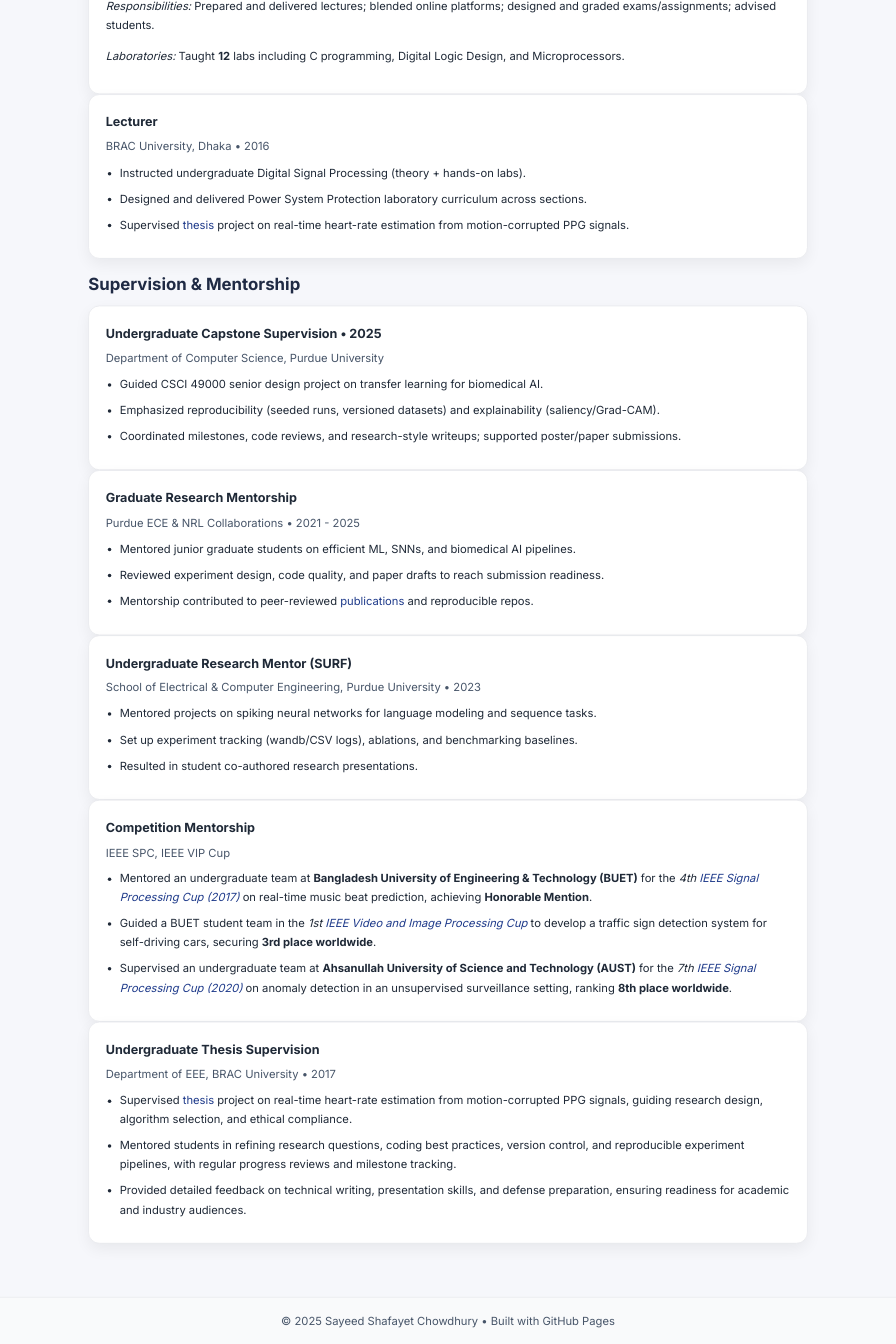
Repository: SayeedChowdhury/SayeedChowdhury.github.io
Page: teaching.html
The author's editor kept a copy of each file at every save. The page is drawn from the files as they stood at one save, then again after the next save.
The browser window is 1280 px wide. The pictures show the part of the page from y = 1032 to 2952 px (the page is 2952 px tall), at 70% of full size.

Above is the page before, as saved 2025-08-13 14:08:00.

### teaching.html
<!doctype html>
<html lang="en">
<head>
  <meta charset="utf-8">
  <meta name="viewport" content="width=device-width, initial-scale=1">
  <title>Teaching & Mentorship • Sayeed S. Chowdhury</title>
  <link rel="preconnect" href="https://fonts.googleapis.com">
  <link rel="preconnect" href="https://fonts.gstatic.com" crossorigin>
  <link href="https://fonts.googleapis.com/css2?family=Inter:wght@400;600;700&display=swap" rel="stylesheet">
  <link rel="stylesheet" href="assets/style.css">
</head>
<body>
<div class="nav">
  <div class="inner container">
    <div class="brand"><span class="dot"></span> <a href="index.html" style="text-decoration:none;color:inherit;">Sayeed S. Chowdhury</a></div>
    <div style="margin-left:auto; display:flex; gap:6px; flex-wrap:wrap">
      <a href="index.html" class="">Home</a>
      <a href="edu-exp.html" class="">Education & Experience</a>
      <a href="teaching.html" class="active">Teaching & Mentorship</a>
      <!-- <a href="research.html" class="">Research</a> -->
      <a href="publications.html" class="">Publications</a>
      <a href="awards.html" class="">Grants and Awards</a>
      <a href="contact.html" class="">Contact</a>
    </div>
  </div>
</div>
<div class="container">

  <section class="section">
    <h2>Teaching Philosophy</h2>
    <div class="card">
      <p style="margin:0">
        I create an inclusive, student-centered classroom that blends Socratic questioning with project-based learning.
        My goals are to build strong fundamentals, develop students’ ability to reason from first principles, and connect
        theory to practice through open-ended labs and reproducible coding assignments.
      </p>
    </div>

    <h2>Teaching Experience</h2>

    <!-- Purdue — Visiting Assistant Professor -->
    <div class="card">
      <h3>Visiting Assistant Professor</h3>
      <div class="lead">Department of Computer Science, Purdue University • Aug&nbsp;2025 – Present</div>
      <ul class="list">
        <li>Designed and taught upper-undergraduate <strong>CSCI 490: AI for IoT</strong> as Instructor of Record.</li>
        <li>Guest-lectured in <strong>CSCI 487: Artificial Intelligence</strong> (modern ML + neuromorphic topics).</li>
        <li>Supervising an undergraduate <strong>capstone</strong> on transfer learning for biomedical AI.</li>
      </ul>
    </div>

    <!-- AUST -->
    <div class="card">
      <h3>Lecturer</h3>
      <div class="lead">Ahsanullah University of Science &amp; Technology (AUST), Dhaka • 2018</div>
      <ul class="list">
        <li>Taught <strong>C++</strong> and <strong>MATLAB</strong> programming in large classrooms.</li>
        <li>Instructor of record for <strong>VLSI (theory &amp; lab)</strong>; contributed to curriculum and lab manual.</li>
      </ul>
    </div>

    <!-- BUET -->
    <div class="card">
      <h3>Lecturer</h3>
      <div class="lead">Bangladesh University of Engineering &amp; Technology (BUET), Dhaka • 2016–2017</div>
      <p><em>Courses (theory):</em> Signals &amp; Systems (EEE 301); Electrical DC &amp; AC Circuits (EEE 101/105);
        Measurement &amp; Instrumentation (EEE 407); Digital Signal Processing (EEE 307);
        Microprocessor &amp; Interfacing (EEE 315).</p>
      <p><em>Responsibilities:</em> Prepared and delivered lectures; blended online platforms; designed and graded
        exams/assignments; advised students.</p>
      <p><em>Laboratories:</em> Taught <strong>12</strong> labs including C programming, Digital Logic Design, and Microprocessors.</p>
    </div>

    <!-- BRAC University -->
    <div class="card">
      <h3>Lecturer</h3>
      <div class="lead">BRAC University, Dhaka • 2016</div>
      <ul class="list">
        <li>Instructed undergraduate Digital Signal Processing (theory + hands-on labs).</li>
        <li>Designed and delivered Power System Protection laboratory curriculum across sections.</li>
        <li>Supervised <a href="https://dspace.bracu.ac.bd/xmlui/handle/10361/8610?show=full" target="_blank" rel="noopener">thesis</a> project on real-time heart-rate estimation from motion-corrupted PPG signals.</li>
      </ul>
    </div>

    <h2>Supervision &amp; Mentorship</h2>

    <!-- Undergraduate Capstone -->
    <div class="card">
      <h3>Undergraduate Capstone Supervision • 2025</h3>
      <div class="lead">Department of Computer Science, Purdue University</div>
      <ul class="list">
        <li>Guided CSCI 49000 senior design project on transfer learning for biomedical AI.</li>
        <li>Emphasized reproducibility (seeded runs, versioned datasets) and explainability (saliency/Grad-CAM).</li>
        <li>Coordinated milestones, code reviews, and research-style writeups; supported poster/paper submissions.</li>
      </ul>
    </div>

    <!-- Graduate Mentorship -->
    <div class="card">
      <h3>Graduate Research Mentorship</h3>
      <div class="lead">Purdue ECE &amp; NRL Collaborations • 2021 - 2025</div>
      <ul class="list">
        <li>Mentored junior graduate students on efficient ML, SNNs, and biomedical AI pipelines.</li>
        <li>Reviewed experiment design, code quality, and paper drafts to reach submission readiness.</li>
        <li>Mentorship contributed to peer-reviewed <a href=" https://ieeexplore.ieee.org/abstract/document/11078244" target="_blank" rel="noopener">publications</a> and reproducible repos.</li>
      </ul>
    </div>

    <!-- SURF Projects -->
    <div class="card">
      <h3>Undergraduate Research Mentor (SURF)</h3>
      <div class="lead">School of Electrical &amp; Computer Engineering, Purdue University • 2023</div>
      <ul class="list">
        <li>Mentored projects on spiking neural networks for language modeling and sequence tasks.</li>
        <li>Set up experiment tracking (wandb/CSV logs), ablations, and benchmarking baselines.</li>
        <li>Resulted in student co-authored research presentations.</li>
      </ul>
    </div>


    <!-- Competitions -->
    <div class="card">
      <h3>Competition Mentorship</h3>
      <div class="lead">IEEE SPC, IEEE VIP Cup</div>
      <ul class="list">
        <li>
          Mentored an undergraduate team at <strong>Bangladesh University of Engineering &amp; Technology (BUET)</strong>
          for the <em>4th <a href="https://ieeexplore.ieee.org/document/7974869" target="_blank" rel="noopener">IEEE Signal Processing Cup (2017)</a> </em> on real-time music beat prediction, achieving
          <strong>Honorable Mention</strong>.
        </li>
        <li>
          Guided a BUET student team in the <em>1st <a href="https://ieeexplore.ieee.org/stamp/stamp.jsp?arnumber=8310690" target="_blank" rel="noopener">IEEE Video and Image Processing Cup</a> </em> to develop a traffic
          sign detection system for self-driving cars, securing <strong>3rd place worldwide</strong>.
        </li>
        <li>
          Supervised an undergraduate team at <strong>Ahsanullah University of Science and Technology (AUST)</strong>
          for the <em>7th <a href="https://arxiv.org/pdf/2007.10812" target="_blank" rel="noopener">IEEE Signal Processing Cup (2020)</a> </em> on anomaly detection in an unsupervised surveillance
          setting, ranking <strong>8th place worldwide</strong>.
        </li>
      </ul>
    </div>


      <!-- Undergraduate Capstone -->
    <div class="card">
      <h3>Undergraduate Thesis Supervision </h3>
      <div class="lead">Department of EEE, BRAC University • 2017</div>
      <ul class="list">
        <li>Supervised <a href="https://dspace.bracu.ac.bd/xmlui/handle/10361/8610?show=full" target="_blank" rel="noopener">thesis</a> project on real-time heart-rate estimation from motion-corrupted PPG signals, guiding research design, algorithm selection, and ethical compliance.</li>
        <li>Mentored students in refining research questions, coding best practices, version control, and reproducible experiment pipelines, with regular progress reviews and milestone tracking.</li>
        <li>Provided detailed feedback on technical writing, presentation skills, and defense preparation, ensuring readiness for academic and industry audiences.</li>
        </ul>
    </div>
</div>

  </section>

</div>
<div class="footer">© 2025 Sayeed Shafayet Chowdhury • Built with GitHub Pages</div>
</body>
</html>

### assets/style.css
/* ================================
   Sayeed S. Chowdhury — style.css
   Mild light theme (no top halo)
   ================================ */

   :root{
    --bg:#f6f7fb;          /* mild light (not white) */
    --panel:#ffffff;       /* card surface */
    --panel-2:#f1f5fb;     /* subtle secondary surface */
    --ink:#1f2937;         /* main text (slate-800) */
    --muted:#475569;       /* secondary text (slate-600) */
    --navy:#1e3a8a;        /* accent for nav/links (blue-900) */
    --gold:#b58500;        /* optional accent */
    --border:#e5e7eb;      /* card/nav borders */
    --shadow:0 8px 22px rgba(0,0,0,.06);
    --radius:16px;
  }

  /* Base */
  *{ box-sizing:border-box }
  html,body{ height:100% }
  body{
    margin:0;
    color:var(--ink);
    background:var(--bg); /* removed radial gradients/halo */
    font:16px/1.7 "Inter", system-ui, -apple-system, Segoe UI, Roboto, Helvetica, Arial;
    -webkit-font-smoothing:antialiased;
    text-rendering:optimizeLegibility;
  }

  .container{ max-width:1100px; margin:0 auto; padding:24px }

  /* Top Nav */
  .nav{
    position:sticky; top:0; z-index:10;
    background:#f9fafb;                      /* solid so it’s visible */
    backdrop-filter:saturate(140%) blur(6px);
    border-bottom:1px solid var(--border);
    box-shadow:0 6px 14px rgba(0,0,0,.04);
  }
  .nav .inner{ display:flex; align-items:center; gap:16px; padding:12px 24px; }
  .nav .brand{ display:flex; align-items:center; gap:10px; font-weight:700; color:var(--ink) }
  .nav .brand .dot{ width:10px; height:10px; border-radius:50%; background:linear-gradient(45deg,#2563eb,#60a5fa); box-shadow:0 0 8px rgba(37,99,235,.5) }
  .nav a{
    color:#334155;                            /* slate-700: readable */
    text-decoration:none;
    padding:8px 12px;
    border-radius:10px;
  }
  .nav a:hover{
    color:var(--navy);
    background:#e6edf7;                       /* gentle hover pill */
  }
  .nav a.active{
    color:var(--navy);
    background:#dbeafe;                       /* visible active pill */
    font-weight:600;
  }
  .nav a:focus-visible{ outline:2px solid #93c5fd; outline-offset:2px }

  /* Hero & Layout */
  .hero{
    display:grid; grid-template-columns:1.1fr .9fr; gap:28px; align-items:stretch;
    padding:48px 24px 12px;
  }
  .row{ display:flex; gap:18px; flex-wrap:wrap; align-items:center }

  /* Cards */
  .card{
    background:var(--panel);
    border:1px solid var(--border);
    border-radius:var(--radius);
    box-shadow:var(--shadow);
    padding:24px;
  }
  .cards{ display:grid; grid-template-columns:repeat(12,1fr); gap:20px; margin-top:18px }
  .card.grid-12{ grid-column:span 12 }
  .card.grid-6{ grid-column:span 6 }
  .card.grid-4{ grid-column:span 4 }

  /* Typography */
  h1{ font-size:32px; margin:0 0 6px }         /* smaller homepage name */
  h2{ font-size:24px; margin:16px 0 10px; color:#1f2a44 }
  h3{ font-size:18px; margin:0 0 6px }
  .lead{ color:var(--muted); font-size:16px }
  .kicker{ color:var(--gold); font-weight:700; letter-spacing:.4px; text-transform:uppercase; font-size:12px }
  .page-title{ margin:8px 0 16px }
  .page-title h1{ font-size:46px; letter-spacing:.4px; margin:0; color:#1f2a44 }

  /* Lists */
  .list{ padding-left:20px; margin:0 }
  .list li{ margin:10px 0 }

  /* Headshot */
  .headshot{
    width:160px; height:160px; border-radius:50%; object-fit:cover;
    border:3px solid #eef2ff; box-shadow:0 4px 14px rgba(0,0,0,.06)
  }

  /* Badges & Pills */
  .badges{ display:flex; flex-wrap:wrap; gap:10px; margin-top:14px }
  .badge{
    background:#f1f5fb; border:1px solid #dbe4f2; color:#2b4a6a;
    padding:6px 10px; border-radius:999px; font-size:13px
  }
  .pill{
    display:inline-block; padding:5px 10px; border:1px solid var(--border);
    border-radius:999px; font-size:12px; color:var(--muted); margin-right:8px
  }

  /* Buttons */
  .cta{ display:flex; gap:12px; flex-wrap:wrap; margin-top:12px }
  .button{
    display:inline-flex; align-items:center; gap:10px;
    padding:12px 16px; border-radius:12px;
    border:1px solid #c7d2fe; background:#eef2ff; color:#1f2937;
    text-decoration:none; font-weight:600;
  }
  .button:hover{ background:#e0e7ff }
  .button.secondary{ background:#ffffff; border:1px solid #e4e8ef }

  /* Links (site-wide) */
  a{ color:#1e3a8a; text-decoration:none }
  a:hover{ color:#0f2a6e; text-decoration:underline }
  a:visited{ color:#1e3a8a } /* avoid purple on visited */

  /* Sections */
  .section{ padding:12px }
  .section .title{ display:flex; align-items:center; justify-content:space-between }

  /* Footer (visible on light) */
  .footer{
    background:#f9fafb;
    color:#475569;
    border-top:1px solid var(--border);
    text-align:center;
    padding:20px;
    margin-top:40px;
  }

  /* Forms (if any) */
  input, textarea, select{
    background:#fff; color:var(--ink); border:1px solid var(--border);
    border-radius:10px; padding:10px 12px
  }
  input:focus, textarea:focus, select:focus{
    outline:2px solid #93c5fd; outline-offset:2px
  }

  /* Responsive */
  @media (max-width: 900px){
    .hero{ grid-template-columns:1fr }
    .card.grid-6, .card.grid-4{ grid-column:span 12 }
  }

  /* Print */
  @media print{
    .nav, .footer, .cta{ display:none }
    body{ background:#ffffff; color:#111 }
    .card{ box-shadow:none; border-color:#ddd }
  }

After the next save:
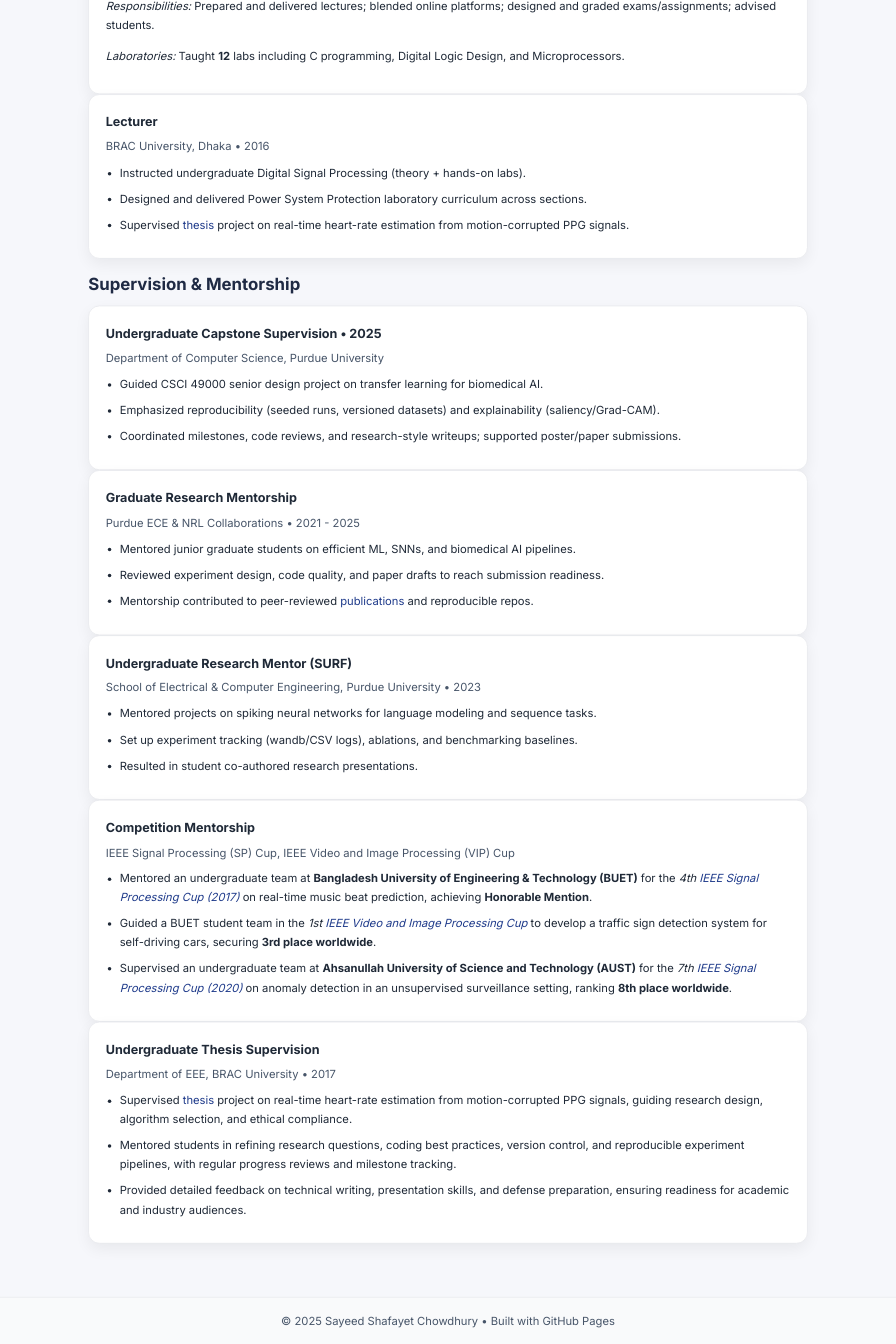
Saved 64 s later.
--- a/teaching.html
+++ b/teaching.html
@@ -121,7 +121,7 @@
     <!-- Competitions -->
     <div class="card">
       <h3>Competition Mentorship</h3>
-      <div class="lead">IEEE SPC, IEEE VIP Cup</div>
+      <div class="lead">IEEE Signal Processing (SP) Cup, IEEE Video and Image Processing (VIP) Cup</div>
       <ul class="list">
         <li>
           Mentored an undergraduate team at <strong>Bangladesh University of Engineering &amp; Technology (BUET)</strong>
